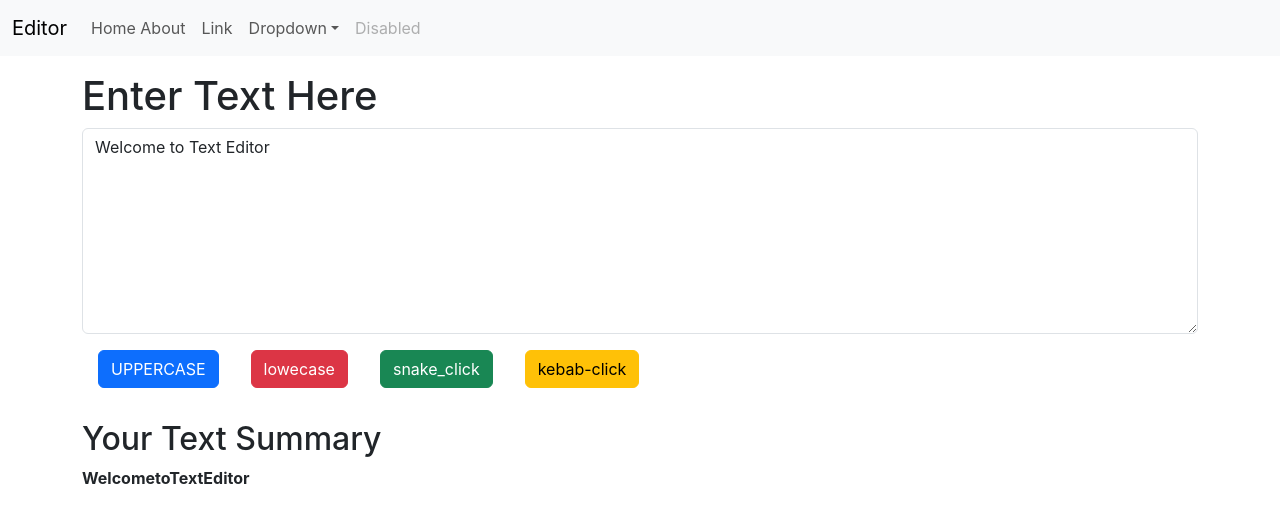
Repository: Shubham-tawar/Text-editor
Page: /
An editor plug-in stored every save of this project. The page is shown before and after the next save, followed by the edit.
The browser window is 1280 px wide. The pictures show the whole page.
The project was rebuilt for these pictures with package versions that can differ from the ones it lists, and the page was loaded fresh each time. Also part of the build but not shown: src/App.css.

Above is the page before, as saved 2025-07-07 16:43:23.

After the next save:
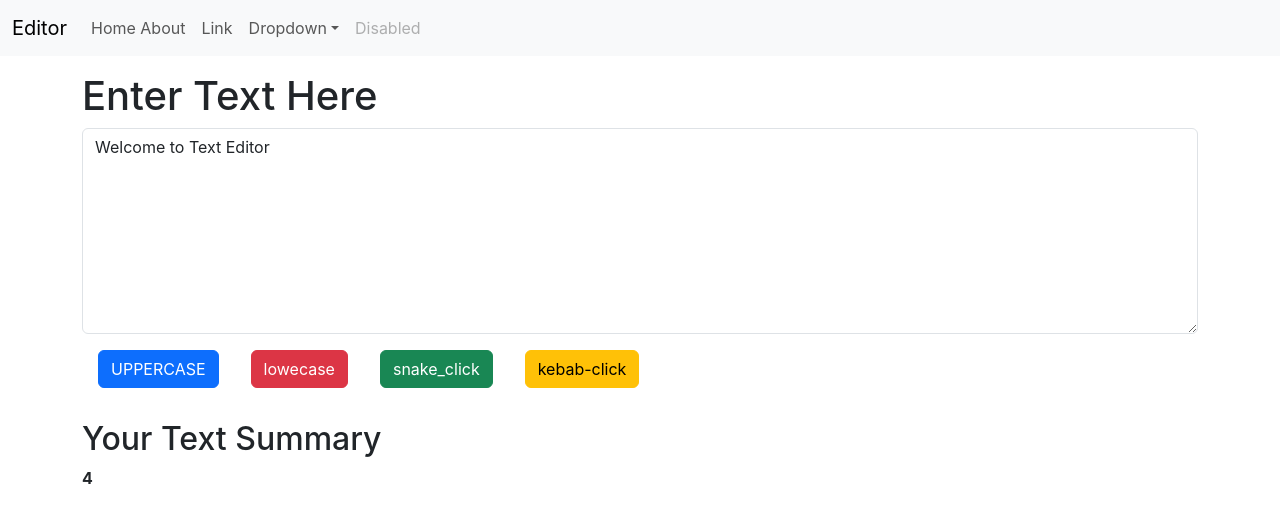
Saved 5 s later.
--- a/src/components/Textform.js
+++ b/src/components/Textform.js
@@ -45,7 +45,7 @@ export default function Textform(props) {
         </form>
         <div className="container">
             <h2>Your Text Summary</h2>
-            <p><b>{text.split(' ')}</b></p>
+            <p><b>{text.split(' ').length}</b></p>
         </div>
 
         </>
